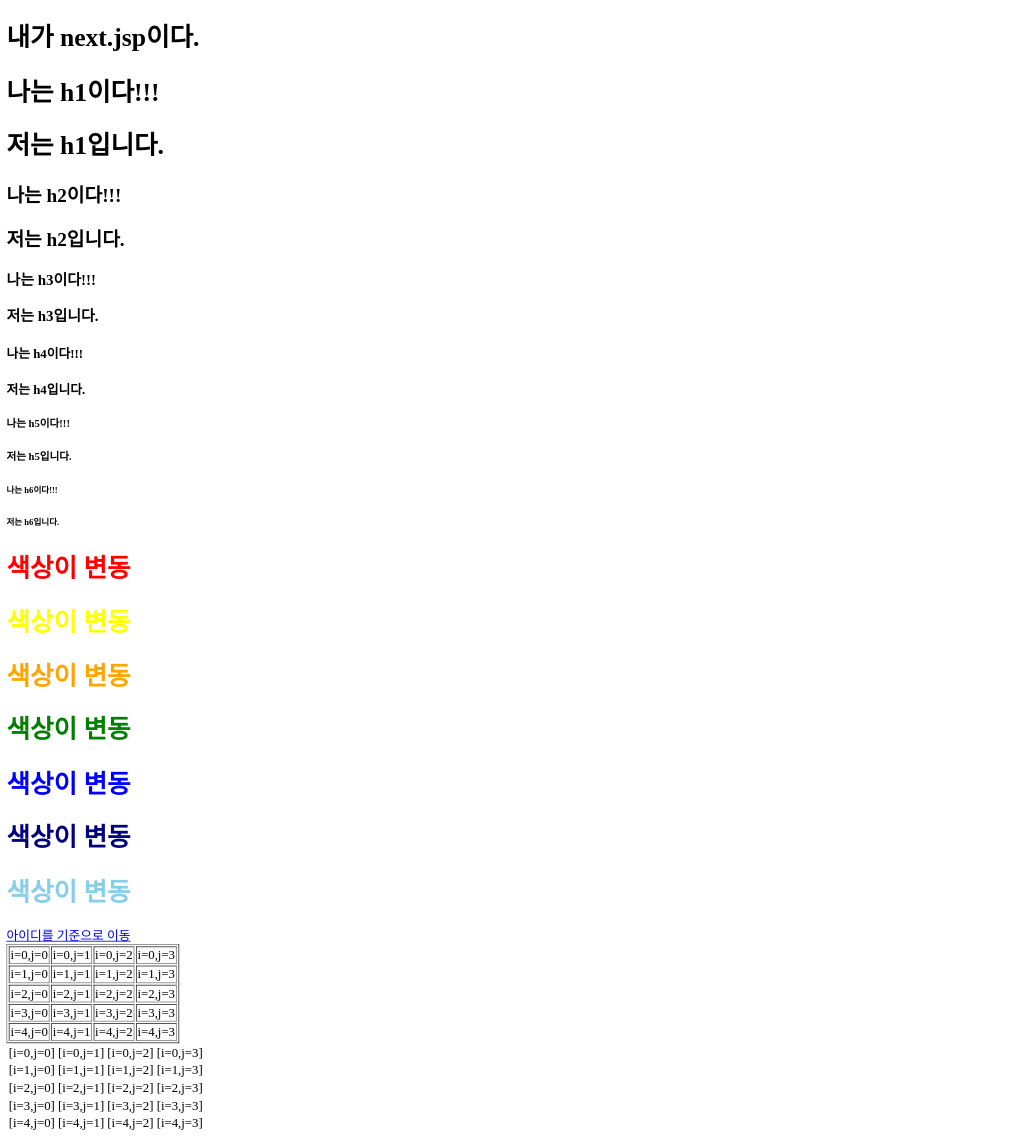
Repository: to-flatwhite1/JSP
Page: http://localhost/JSP07/next.jsp
These files come from the project's save history. The page is drawn as it stood at one moment and after the next save; the edit follows.
The browser window is 1280 px wide. The pictures show the whole page, at 80% of full size.
The page is served by Tomcat 9.

Above is the page before, as saved 2024-05-16 04:40:28.

### JSP07/src/main/webapp/next.jsp
<%@ page language="java" contentType="text/html; charset=utf-8"
    pageEncoding="utf-8"%>
<!DOCTYPE html>
<html>
	<head>
		<meta charset="utf-8">
		<title>for문의 사용예시</title>
		<style>

		</style>
	</head>
	<body>
		<h1 id="start">내가 next.jsp이다.</h1>
		<%
			for(int i=1; i<7; i++){
		%>
				<h<%=i %>>나는 h<%=i %>이다!!!</h<%=i %>>
		<%
			out.print("<h"+i+">저는 h"+i+"입니다.</h"+i+">");
			}
		%>

		<%
			String color="";
			for(int i=0; i<=6; i++){
				switch(i%7){
				case 0:color="red";
					break;
				case 1:color="yellow";
					break;
				case 2:color="orange";
					break;
				case 3:color="green";
					break;
				case 4:color="blue";
					break;
				case 5:color="navy";
					break;
				case 6:color="skyblue";
					break;
				case 7:color="purple";
					break;
				}
			%><h1 style="color:<%=color %>;">색상이 변동</h1><%

			}
			%>
			<a href="#start">아이디를 기준으로 이동</a>
			<table border=1>
				<tr>
					<td>i=0,j=0</td>
					<td>i=0,j=1</td>
					<td>i=0,j=2</td>
					<td>i=0,j=3</td>
				</tr>
				<tr>
					<td>i=1,j=0</td>
					<td>i=1,j=1</td>
					<td>i=1,j=2</td>
					<td>i=1,j=3</td>
				</tr>
				<tr>
					<td>i=2,j=0</td>
					<td>i=2,j=1</td>
					<td>i=2,j=2</td>
					<td>i=2,j=3</td>
				</tr>
				<tr>
					<td>i=3,j=0</td>
					<td>i=3,j=1</td>
					<td>i=3,j=2</td>
					<td>i=3,j=3</td>
				</tr>
				<tr>
					<td>i=4,j=0</td>
					<td>i=4,j=1</td>
					<td>i=4,j=2</td>
					<td>i=4,j=3</td>
				</tr>
			</table>
			<table>
			<%
				for(int i=0; i<5; i++){
					out.print("<tr>");
					for(int j=0; j<4; j++){
						out.print("<td>[i="+i+",j="+j+"]</td>");
					}
					out.print("</tr>");
				}
			%>
			</table>
	</body>
</html>

After the next save:
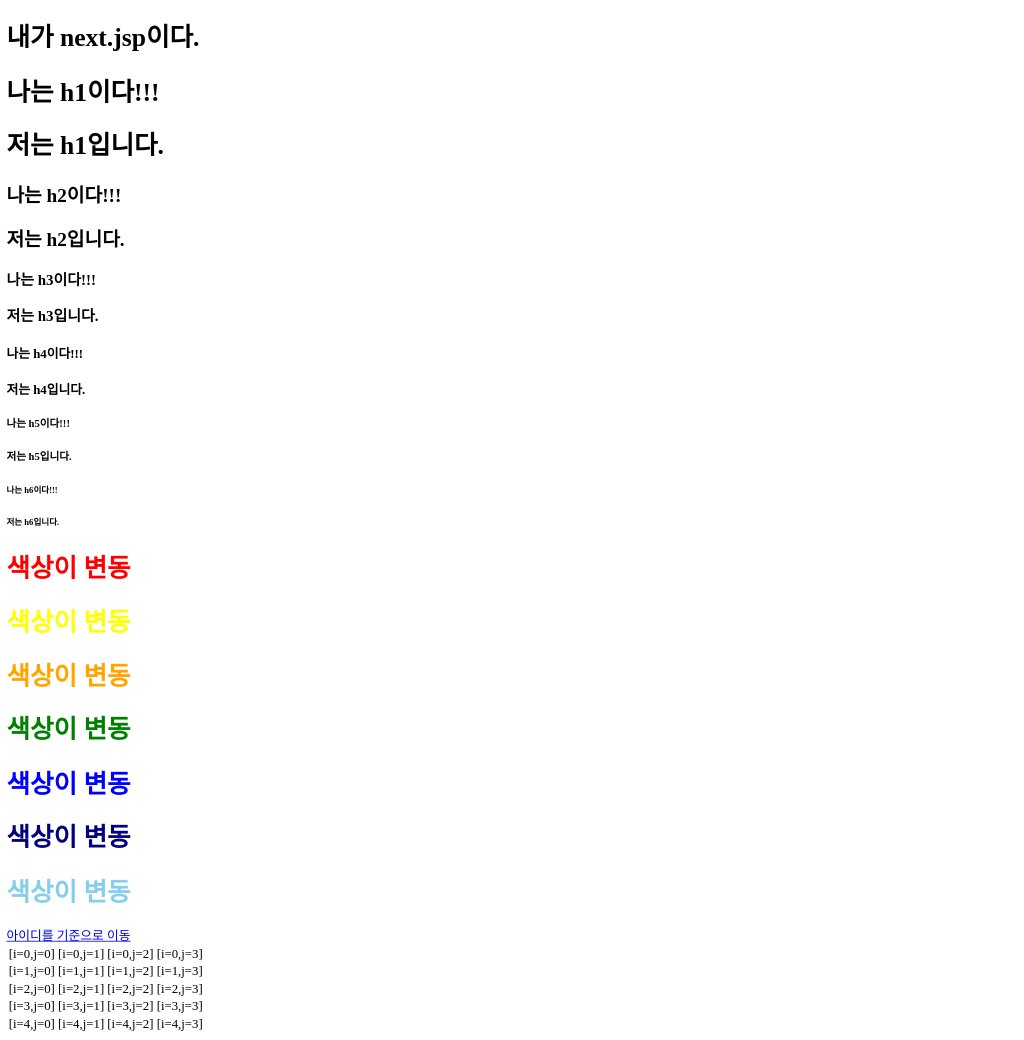
Saved 5 min 27 s later.
--- a/JSP07/src/main/webapp/next.jsp
+++ b/JSP07/src/main/webapp/next.jsp
@@ -46,7 +46,7 @@
 			}
 			%>
 			<a href="#start">아이디를 기준으로 이동</a>
-			<table border=1>
+			<!--  <table border=1>
 				<tr>
 					<td>i=0,j=0</td>
 					<td>i=0,j=1</td>
@@ -77,7 +77,7 @@
 					<td>i=4,j=2</td>
 					<td>i=4,j=3</td>
 				</tr>
-			</table>
+			</table>-->
 			<table>
 			<%
 				for(int i=0; i<5; i++){
@@ -89,5 +89,11 @@
 				}
 			%>
 			</table>
+			<script>
+			let tds=document.getElementsByTagName("td");
+				for(let i=0; i<tds.length; i++){
+					tds[i].setAttribute("style","border:1px solod lightgtay");
+				}
+			</script>
 	</body>
 </html>
